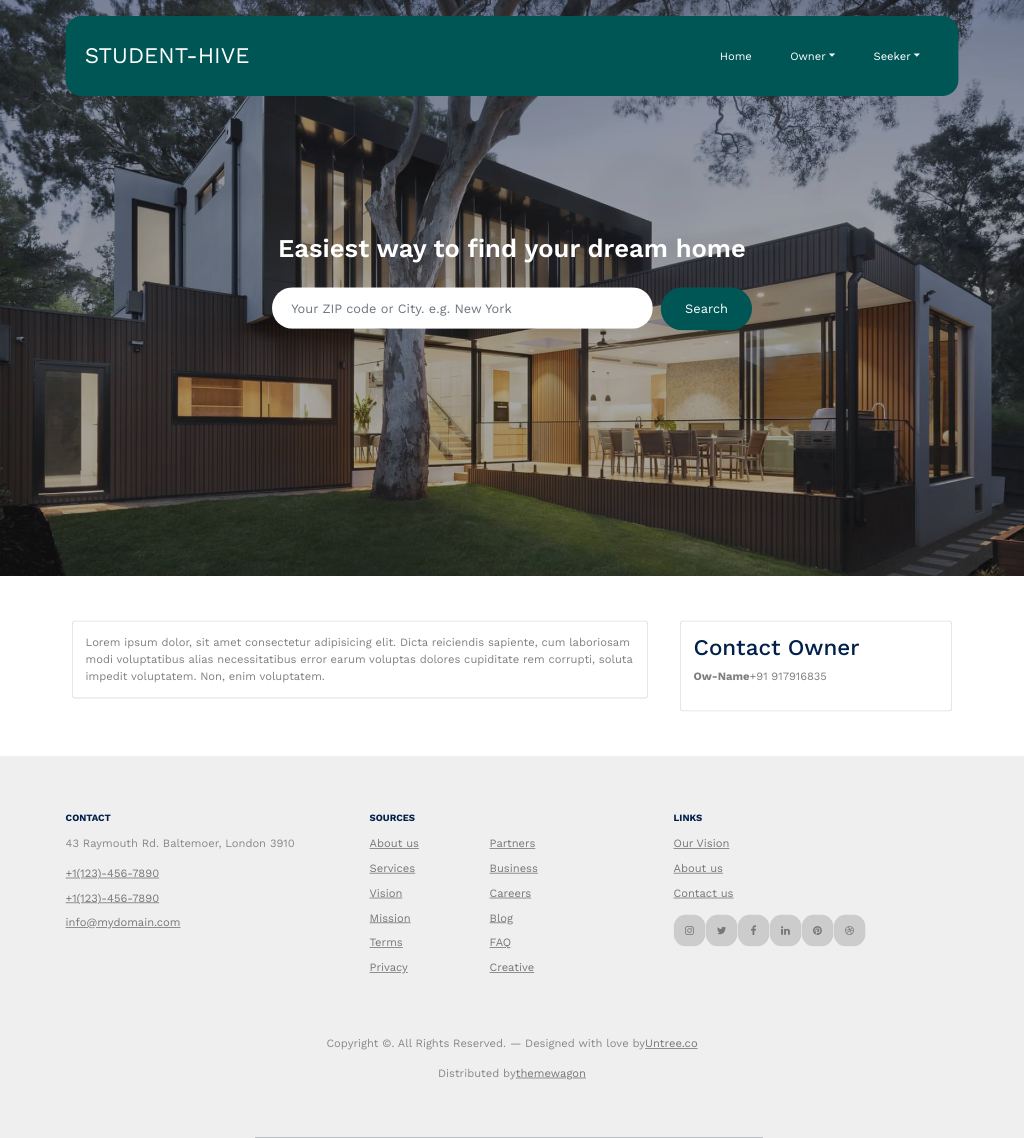
Repository: Farhan0021/Rentalproject
Page: /details (app in front/)
These files come from the project's save history. The page is drawn as it stood at one moment and after the next save; the edit follows.
The browser window is 1280 px wide. The pictures show the whole page, at 80% of full size.
The project was rebuilt for these pictures with package versions that can differ from the ones it lists, and the page was loaded fresh each time. Also part of the build but not shown: front/vite.config.js, front/src/pages/Home.jsx, front/src/pages/seekers/Login.jsx, front/src/schema/SeekerSignupSchema.jsx, front/src/pages/seekers/Signup.jsx, front/src/pages/owner/Login.jsx, front/src/schema/OwnerSignupSchema.jsx, front/src/pages/owner/Signup.jsx.

Above is the page before, as saved 2025-04-30 23:34:59.
Console error: TypeError: Cannot read properties of null (reading 'style')

### front/index.html
<!doctype html>
<html lang="en">
  <head>
    <meta charset="UTF-8" />
    <link rel="icon" type="image/svg+xml" href="/vite.svg" />
    <meta name="viewport" content="width=device-width, initial-scale=1.0" />
    <title>Vite + React</title>
    <link rel="preconnect" href="https://fonts.googleapis.com" />
    <link rel="preconnect" href="https://fonts.gstatic.com" crossorigin />
    <link
      href="https://fonts.googleapis.com/css2?family=Work+Sans:wght@400;500;600;700&display=swap"
      rel="stylesheet"
    />

    <link rel="stylesheet" href="/Assets/fonts/icomoon/style.css" />
    <link rel="stylesheet" href="/Assets/fonts/flaticon/font/flaticon.css" />

    <link rel="stylesheet" href="/Assets/css/tiny-slider.css" />
    <link rel="stylesheet" href="/Assets/css/aos.css" />
    <link rel="stylesheet" href="/Assets/css/style.css" />

    <link rel="stylesheet" href="https://cdnjs.cloudflare.com/ajax/libs/font-awesome/6.7.2/css/all.min.css" integrity="sha512-Evv84Mr4kqVGRNSgIGL/F/aIDqQb7xQ2vcrdIwxfjThSH8CSR7PBEakCr51Ck+w+/U6swU2Im1vVX0SVk9ABhg==" crossorigin="anonymous" referrerpolicy="no-referrer" />


  </head>
  <body>
    <div id="root"></div>
    <script type="module" src="/src/main.jsx"></script>

    <script src="/Assets/js/bootstrap.bundle.min.js"></script>
    <script src="/Assets/js/tiny-slider.js"></script>
    <script src="/Assets/js/aos.js"></script>
    <script src="/Assets/js/navbar.js"></script>
    <script src="/Assets/js/counter.js"></script>
    <script src="/Assets/js/custom.js"></script>
  </body>
  </body>
</html>

### front/src/main.jsx
import { StrictMode } from 'react'
import { createRoot } from 'react-dom/client'
import App from './App'
import { BrowserRouter } from 'react-router-dom'


createRoot(document.getElementById('root')).render(
  <StrictMode>
    <BrowserRouter>
    <App />
    </BrowserRouter>
  </StrictMode>,
)

### front/src/App.jsx
import React from 'react'
import HeaderNew from './components/HeaderNew'
import Slider from './components/Slider'
import Footer from './components/Footer'
import AllRoutes from './routes/AllRoutes'

const App = () => {
  return (
    <>

    {/* <Header/> */}
    <HeaderNew/>
    <Slider/>
    <AllRoutes/>
    <Footer/>

     </>
  )
}

export default App

### front/src/components/HeaderNew.jsx
import React from'react'
import {NavLink} from 'react-router-dom'

const HeaderNew = () => {
    return (

    <div className="container fixed-top" style={{top:"20px" }}>
     <nav className='navbar navbar-expand-sm navbar-dark bg-green p-4' style={{borderRadius : "20px"}}>
          <NavLink className="navbar-brand" style={{fontSize : "28px"}} to='/'>STUDENT-HIVE</NavLink>
              <button className='navbar-toggler' data-bs-toggle="collapse" data-bs-target="#menu">
                 <span className='navbar-toggler-icon'></span>
              </button>
         <div className='collapse navbar-collapse justify-content-end' id='menu'>
             <ul className='nav navbar-nav'>

                  <li className='nav-item '>
                     <NavLink className="nav-link px-4 " to="/">Home</NavLink>
                    </li>
                <li className='nav-item dropdown'>
                        <a data-bs-toggle="dropdown" className="nav-link px-4 dropdown-toggle" href="#">Owner</a>
                        <div className="dropdown-menu" >
                            <NavLink className="dropdown-item" to="/owner/login">Login</NavLink>
                            <NavLink className="dropdown-item" to="/owner/signup">SignUp</NavLink>
                        </div>

                    </li>


                    <li className='nav-item dropdown'>
                        <a data-bs-toggle="dropdown" className="nav-link px-4 dropdown-toggle" href="#">Seeker</a>
                        <div className="dropdown-menu" >
                            <NavLink className="dropdown-item" to="/seeker/login">Login</NavLink>
                            <NavLink className="dropdown-item" to="/seeker/signup">SignUp</NavLink>
                        </div>

                    </li>


                </ul>
             </div>

             </nav>
       </div>
    )
}

export default HeaderNew

### front/src/components/Slider.jsx
import React from 'react'

const Slider = () => {
    return (
        <div className="hero">
        <div className="hero-slide">
          <div
            className="img overlay"
            style={{backgroundImage: "url('/Assets/images/hero_bg_3.jpg')"}}
          ></div>

        </div>

        <div className="container">
          <div className="row justify-content-center align-items-center">
            <div className="col-lg-9 text-center">
              <h1 className="heading" data-aos="fade-up">
                Easiest way to find your dream home
              </h1>
              <form
                action="#"
                className="narrow-w form-search d-flex align-items-stretch mb-3"
                data-aos="fade-up"
                data-aos-delay="200"
              >
                <input
                  type="text"
                  className="form-control px-4"
                  placeholder="Your ZIP code or City. e.g. New York"
                />
                <button type="submit" className="btn btn-primary">Search</button>
              </form>
            </div>
          </div>
        </div>
      </div>

    )
}
export default Slider

### front/src/components/Footer.jsx
import React from 'react'

const Footer = () => {
    return (
        <div className="site-footer">
        <div className="container">
          <div className="row">
            <div className="col-lg-4">
              <div className="widget">
                <h3>Contact</h3>
                <address>43 Raymouth Rd. Baltemoer, London 3910</address>
                <ul className="list-unstyled links">
                  <li><a href="tel://11234567890">+1(123)-456-7890</a></li>
                  <li><a href="tel://11234567890">+1(123)-456-7890</a></li>
                  <li>
                    <a href="mailto:info@mydomain.com">info@mydomain.com</a>
                  </li>
                </ul>
              </div>

            </div>

            <div className="col-lg-4">
              <div className="widget">
                <h3>Sources</h3>
                <ul className="list-unstyled float-start links">
                  <li><a href="#">About us</a></li>
                  <li><a href="#">Services</a></li>
                  <li><a href="#">Vision</a></li>
                  <li><a href="#">Mission</a></li>
                  <li><a href="#">Terms</a></li>
                  <li><a href="#">Privacy</a></li>
                </ul>
                <ul className="list-unstyled float-start links">
                  <li><a href="#">Partners</a></li>
                  <li><a href="#">Business</a></li>
                  <li><a href="#">Careers</a></li>
                  <li><a href="#">Blog</a></li>
                  <li><a href="#">FAQ</a></li>
                  <li><a href="#">Creative</a></li>
                </ul>
              </div>

            </div>

            <div className="col-lg-4">
              <div className="widget">
                <h3>Links</h3>
                <ul className="list-unstyled links">
                  <li><a href="#">Our Vision</a></li>
                  <li><a href="#">About us</a></li>
                  <li><a href="#">Contact us</a></li>
                </ul>

                <ul className="list-unstyled social">
                  <li>
                    <a href="#"><span className="icon-instagram"></span></a>
                  </li>
                  <li>
                    <a href="#"><span className="icon-twitter"></span></a>
                  </li>
                  <li>
                    <a href="#"><span className="icon-facebook"></span></a>
                  </li>
                  <li>
                    <a href="#"><span className="icon-linkedin"></span></a>
                  </li>
                  <li>
                    <a href="#"><span className="icon-pinterest"></span></a>
                  </li>
                  <li>
                    <a href="#"><span className="icon-dribbble"></span></a>
                  </li>
                </ul>
              </div>

            </div>

          </div>


          <div className="row mt-5">
            <div className="col-12 text-center">


              <p>
                Copyright &copy;
                <script>
                  document.write(new Date().getFullYear());
                </script>
                . All Rights Reserved. &mdash; Designed with love by
                <a href="https://untree.co">Untree.co</a>

              </p>
              <div>
                Distributed by
                <a href="https://themewagon.com/" target="_blank">themewagon</a>
              </div>
            </div>
          </div>
        </div>

      </div>

    )
}
export default Footer

### front/src/routes/AllRoutes.jsx
import React from 'react'
import { Routes, Route } from 'react-router-dom'
import {
    Home,
SeekerLogin,
SeekerSignup,
OwnerLogin,
OwnerSignup,
Details
} from '../pages'

const AllRoutes = () => {
    return(
        <>
        <Routes>
            <Route path='' element= { <Home/>}/>
            <Route path='details' element={<Details/>}/>
            <Route path='seeker/login' element={<SeekerLogin/>}/>
            <Route path='seeker/Signup' element={<SeekerSignup/>}/>

            <Route path='owner/Login' element={<OwnerLogin/>}/>
            <Route path='owner/Signup' element={<OwnerSignup/>}/>
        </Routes>

     </>

    )
}
export default AllRoutes

### front/src/pages/index.jsx
import Home from "./Home";
import SeekerLogin from "./seekers/Login"
import SeekerSignup from "./seekers/Signup";
import OwnerLogin from "./owner/Login"
import OwnerSignup from "./owner/Signup"
import Details from "./Details";

export {Home,Details,SeekerLogin,SeekerSignup,OwnerLogin,OwnerSignup};

### front/src/pages/Details.jsx
import React from 'react'

const Details = () => {
    return (
        <div className="container my-5">
            <div className="row">
                <div className="col-md-8 ">
                    <div className="card m-2 p-3">
                        Lorem ipsum dolor, sit amet consectetur adipisicing elit. Dicta reiciendis sapiente, cum laboriosam modi voluptatibus alias necessitatibus error earum voluptas dolores cupiditate rem corrupti, soluta impedit voluptatem. Non, enim voluptatem.
                    </div>
                </div>
                <div className="col-md-4">
                    <div className="card m-2 p-3">
                        <h3>Contact Owner</h3>
                        <p><b>Ow-Name</b>+91 917916835 </p>
                    </div>
                </div>
            </div>
        </div>
    )
}

export default Details

### front/public/Assets/css/tiny-slider.css
.tns-outer{padding:0 !important}.tns-outer [hidden]{display:none !important}.tns-outer [aria-controls],.tns-outer [data-action]{cursor:pointer}.tns-slider{-webkit-transition:all 0s;-moz-transition:all 0s;transition:all 0s}.tns-slider>.tns-item{-webkit-box-sizing:border-box;-moz-box-sizing:border-box;box-sizing:border-box}.tns-horizontal.tns-subpixel{white-space:nowrap}.tns-horizontal.tns-subpixel>.tns-item{display:inline-block;vertical-align:top;white-space:normal}.tns-horizontal.tns-no-subpixel:after{content:'';display:table;clear:both}.tns-horizontal.tns-no-subpixel>.tns-item{float:left}.tns-horizontal.tns-carousel.tns-no-subpixel>.tns-item{margin-right:-100%}.tns-no-calc{position:relative;left:0}.tns-gallery{position:relative;left:0;min-height:1px}.tns-gallery>.tns-item{position:absolute;left:-100%;-webkit-transition:transform 0s, opacity 0s;-moz-transition:transform 0s, opacity 0s;transition:transform 0s, opacity 0s}.tns-gallery>.tns-slide-active{position:relative;left:auto !important}.tns-gallery>.tns-moving{-webkit-transition:all 0.25s;-moz-transition:all 0.25s;transition:all 0.25s}.tns-autowidth{display:inline-block}.tns-lazy-img{-webkit-transition:opacity 0.6s;-moz-transition:opacity 0.6s;transition:opacity 0.6s;opacity:0.6}.tns-lazy-img.tns-complete{opacity:1}.tns-ah{-webkit-transition:height 0s;-moz-transition:height 0s;transition:height 0s}.tns-ovh{overflow:hidden}.tns-visually-hidden{position:absolute;left:-10000em}.tns-transparent{opacity:0;visibility:hidden}.tns-fadeIn{opacity:1;filter:alpha(opacity=100);z-index:0}.tns-normal,.tns-fadeOut{opacity:0;filter:alpha(opacity=0);z-index:-1}.tns-vpfix{white-space:nowrap}.tns-vpfix>div,.tns-vpfix>li{display:inline-block}.tns-t-subp2{margin:0 auto;width:310px;position:relative;height:10px;overflow:hidden}.tns-t-ct{width:2333.3333333%;width:-webkit-calc(100% * 70 / 3);width:-moz-calc(100% * 70 / 3);width:calc(100% * 70 / 3);position:absolute;right:0}.tns-t-ct:after{content:'';display:table;clear:both}.tns-t-ct>div{width:1.4285714%;width:-webkit-calc(100% / 70);width:-moz-calc(100% / 70);width:calc(100% / 70);height:10px;float:left}

### front/public/Assets/js/navbar.js
(function(){

	'use strict'


	var siteMenuClone = function() {
		var jsCloneNavs = document.querySelectorAll('.js-clone-nav');
		var siteMobileMenuBody = document.querySelector('.site-mobile-menu-body');



		jsCloneNavs.forEach(nav => {
			var navCloned = nav.cloneNode(true);
			navCloned.setAttribute('class', 'site-nav-wrap');
			siteMobileMenuBody.appendChild(navCloned);
		});

		setTimeout(function(){

			var hasChildrens = document.querySelector('.site-mobile-menu').querySelectorAll(' .has-children');

			var counter = 0;
			hasChildrens.forEach( hasChild => {

				var refEl = hasChild.querySelector('a');

				var newElSpan = document.createElement('span');
				newElSpan.setAttribute('class', 'arrow-collapse collapsed');

				// prepend equivalent to jquery
				hasChild.insertBefore(newElSpan, refEl);

				var arrowCollapse = hasChild.querySelector('.arrow-collapse');
				arrowCollapse.setAttribute('data-bs-toggle', 'collapse');
				arrowCollapse.setAttribute('data-bs-target', '#collapseItem' + counter);

				var dropdown = hasChild.querySelector('.dropdown');
				dropdown.setAttribute('class', 'collapse');
				dropdown.setAttribute('id', 'collapseItem' + counter);

				counter++;
			});

		}, 1000);


		// Click js-menu-toggle

		var menuToggle = document.querySelectorAll(".js-menu-toggle");
		var mTog;
		menuToggle.forEach(mtoggle => {
			mTog = mtoggle;
			mtoggle.addEventListener("click", (e) => {
				if ( document.body.classList.contains('offcanvas-menu') ) {
					document.body.classList.remove('offcanvas-menu');
					mtoggle.classList.remove('active');
					mTog.classList.remove('active');
				} else {
					document.body.classList.add('offcanvas-menu');
					mtoggle.classList.add('active');
					mTog.classList.add('active');
				}
			});
		})



		var specifiedElement = document.querySelector(".site-mobile-menu");
		var mt, mtoggleTemp;
		// document.addEventListener('click', function(event) {
		// 	var isClickInside = specifiedElement.contains(event.target);
		// 	menuToggle.forEach(mtoggle => {
		// 		mtoggleTemp = mtoggle
		// 		mt = mtoggle.contains(event.target);
		// 	})

		// 	if (!isClickInside && !mt) {
		// 		if ( document.body.classList.contains('offcanvas-menu') ) {
		// 			document.body.classList.remove('offcanvas-menu');
		// 			mtoggleTemp.classList.remove('active');
		// 		}
		// 	}

		// });

	};
	siteMenuClone();


})()

### front/public/Assets/js/counter.js
(function () {

	'use trict';
// How long you want the animation to take, in ms
const animationDuration = 2000;
// Calculate how long each ‘frame’ should last if we want to update the animation 60 times per second
const frameDuration = 1000 / 60;
// Use that to calculate how many frames we need to complete the animation
const totalFrames = Math.round( animationDuration / frameDuration );
// An ease-out function that slows the count as it progresses
const easeOutQuad = t => t * ( 2 - t );


const numberWithCommas = n => {
	return n.toString().replace(/\B(?=(\d{3})+(?!\d))/g, ',');
}

// The animation function, which takes an Element
const animateCountUp = el => {
	let frame = 0;
	const countTo = parseInt( el.innerHTML, 10 );
	// Start the animation running 60 times per second
	const counter = setInterval( () => {
		frame++;
		// Calculate our progress as a value between 0 and 1
		// Pass that value to our easing function to get our
		// progress on a curve
		const progress = easeOutQuad( frame / totalFrames );
		// Use the progress value to calculate the current count
		const currentCount = Math.round( countTo * progress );

		// If the current count has changed, update the element
		if ( parseInt( el.innerHTML, 10 ) !== currentCount ) {
			el.innerHTML = numberWithCommas(currentCount);
		}

		// If we’ve reached our last frame, stop the animation
		if ( frame === totalFrames ) {
			clearInterval( counter );
		}
	}, frameDuration );
};

// Run the animation on all elements with a class of ‘countup’
const runAnimations = () => {
	const countupEls = document.querySelectorAll( '.countup' );
	countupEls.forEach( animateCountUp );
};




// In Viewed
var elements;
var windowHeight;

function init() {
	elements = document.querySelectorAll('.section-counter');
	windowHeight = window.innerHeight;
}

function checkPosition() {
	var i;
	for (i = 0; i < elements.length; i++) {
		var element = elements[i];
		var positionFromTop = elements[i].getBoundingClientRect().top;
		if (positionFromTop - windowHeight <= 0) {
			if( !element.classList.contains('viewed') ) {
				element.classList.add('viewed');
				runAnimations();
			} else {
				if ( element.classList.contains('viewed') ) {

				}
			}

		}
	}
}

window.addEventListener('scroll', checkPosition);
window.addEventListener('resize', init);

init();
checkPosition();


})()

### front/public/Assets/js/custom.js
(function () {

	'use strict'


	AOS.init({
		duration: 800,
		easing: 'slide',
		once: true
	});

	var preloader = function() {

		var loader = document.querySelector('.loader');
		var overlay = document.getElementById('overlayer');

		function fadeOut(el) {
			el.style.opacity = 1;
			(function fade() {
				if ((el.style.opacity -= .1) < 0) {
					el.style.display = "none";
				} else {
					requestAnimationFrame(fade);
				}
			})();
		};

		setTimeout(function() {
			fadeOut(loader);
			fadeOut(overlay);
		}, 200);
	};
	preloader();


	var tinySdlier = function() {

		var heroSlider = document.querySelectorAll('.hero-slide');
		var propertySlider = document.querySelectorAll('.property-slider');
		var imgPropertySlider = document.querySelectorAll('.img-property-slide');
		var testimonialSlider = document.querySelectorAll('.testimonial-slider');


		if ( heroSlider.length > 0 ) {
			var tnsHeroSlider = tns({
				container: '.hero-slide',
				mode: 'carousel',
				speed: 700,
				autoplay: true,
				controls: false,
				nav: false,
				autoplayButtonOutput: false,
				controlsContainer: '#hero-nav',
			});
		}


		if ( imgPropertySlider.length > 0 ) {
			var tnsPropertyImageSlider = tns({
				container: '.img-property-slide',
				mode: 'carousel',
				speed: 700,
				items: 1,
				gutter: 30,
				autoplay: true,
				controls: false,
				nav: true,
				autoplayButtonOutput: false
			});
		}

		if ( propertySlider.length> 0 ) {
			var tnsSlider = tns({
				container: '.property-slider',
				mode: 'carousel',
				speed: 700,
				gutter: 30,
				items: 3,
				autoplay: true,
				autoplayButtonOutput: false,
				controlsContainer: '#property-nav',
				responsive: {
					0: {
						items: 1
					},
					700: {
						items: 2
					},
					900: {
						items: 3
					}
				}
			});
		}


		if ( testimonialSlider.length> 0 ) {
			var tnsSlider = tns({
				container: '.testimonial-slider',
				mode: 'carousel',
				speed: 700,
				items: 3,
				gutter: 50,
				autoplay: true,
				autoplayButtonOutput: false,
				controlsContainer: '#testimonial-nav',
				responsive: {
					0: {
						items: 1
					},
					700: {
						items: 2
					},
					900: {
						items: 3
					}
				}
			});
		}
	}
	tinySdlier();



})()

Loaded but not shown: front/public/Assets/fonts/icomoon/style.css (common file); front/public/Assets/fonts/flaticon/font/flaticon.css (common file); front/public/Assets/css/aos.css (library); front/public/Assets/css/style.css (library); front/public/Assets/js/bootstrap.bundle.min.js (library); front/public/Assets/js/aos.js (library); front/public/Assets/js/tiny-slider.js (3208 lines, source omitted)

After the next save:
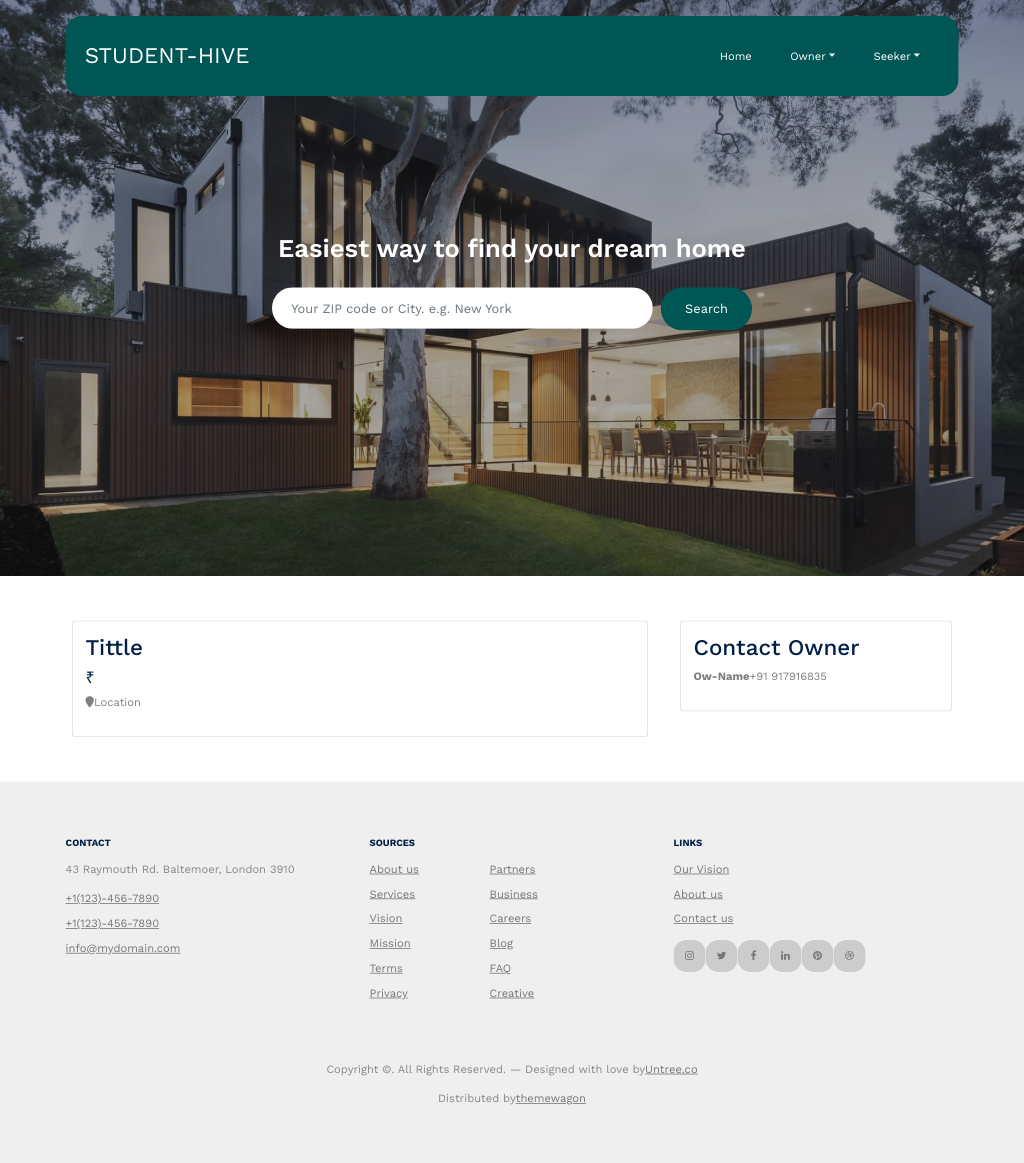
Saved 5 min 8 s later.
--- a/front/src/pages/Details.jsx
+++ b/front/src/pages/Details.jsx
@@ -6,7 +6,11 @@ const Details = () => {
             <div className="row">
                 <div className="col-md-8 ">
                     <div className="card m-2 p-3">
-                        Lorem ipsum dolor, sit amet consectetur adipisicing elit. Dicta reiciendis sapiente, cum laboriosam modi voluptatibus alias necessitatibus error earum voluptas dolores cupiditate rem corrupti, soluta impedit voluptatem. Non, enim voluptatem.
+                       <h3>Tittle </h3>
+                       <h5>&#8377;</h5>
+                       <p> <i class="fa fa-map-marker" aria-hidden="true"></i>
+                       Location</p>
+
                     </div>
                 </div>
                 <div className="col-md-4">
